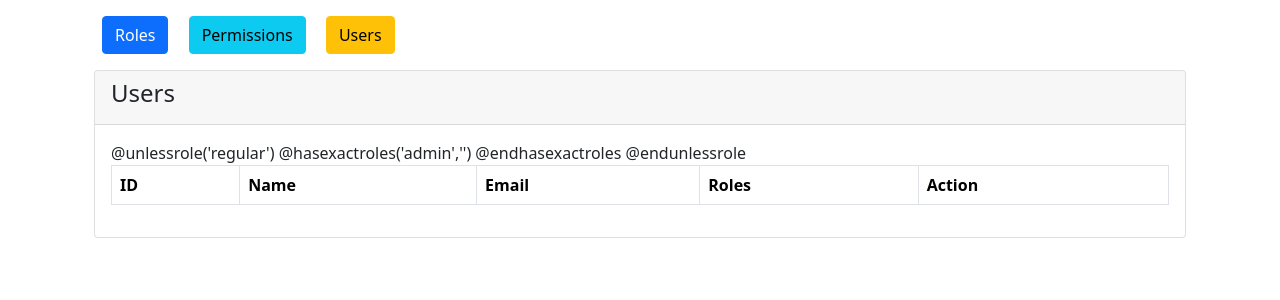
Repository: viisantos/permission_demo
Page: http://localhost/users
These files come from the project's save history. The page is drawn as it stood at one moment and after the next save; the edit follows.
The browser window is 1280 px wide. The pictures show the whole page.
The page is served by the project's Laravel application, run on PHP 8.4 with Laravel 10. Other server files are loaded and not shown. Queries for data that is not in the repository find no rows.

Above is the page before, as saved 2024-06-22 17:56:39.

### routes/web.php
<?php

use App\Http\Controllers\ProfileController;
use Illuminate\Support\Facades\Route;

/*
|--------------------------------------------------------------------------
| Web Routes
|--------------------------------------------------------------------------
|
| Here is where you can register web routes for your application. These
| routes are loaded by the RouteServiceProvider and all of them will
| be assigned to the "web" middleware group. Make something great!
|
*/

Route::get('/', function () {
    return view('welcome');
});

Route::get('/dashboard', function () {
    return view('dashboard');
})->middleware(['auth', 'verified'])->name('dashboard');

/*
Route::middleware('auth')->group(function () {

});*/

Route::group(['middleware' => ['role:super-admin|admin|regular']], function () {
    Route::get('/profile', [ProfileController::class, 'edit'])->name('profile.edit');
    Route::patch('/profile', [ProfileController::class, 'update'])->name('profile.update');
    Route::delete('/profile', [ProfileController::class, 'destroy'])->name('profile.destroy');
    Route::name('profile.destroy')->middleware('permission:delete role');
    Route::resource('permissions', App\Http\Controllers\PermissionController::class);
    //Route::get('permissions/{permissionId}/delete', [App\Http\Controllers\PermissionController::class, 'destroy']);
    Route::resource('roles', App\Http\Controllers\RoleController::class);
   // Route::get('roles/{roleId}/delete', [App\Http\Controllers\RoleController::class, 'destroy']);
    Route::get('roles/{role}/add-permissions', [App\Http\Controllers\RoleController::class, 'addPermissionToRole'])->name('roles.add-permissions');
    Route::put('roles/{role}/give-permissions', [App\Http\Controllers\RoleController::class, 'givePermissionToRole'])->name('roles.give-permissions');
    Route::resource('users', App\Http\Controllers\UserController::class);
    //Route::get('users/{userId}/delete', [App\Http\Controllers\UserController::class, 'destroy']);
});

require __DIR__.'/auth.php';

### app/Http/Controllers/UserController.php
<?php

namespace App\Http\Controllers;

use Illuminate\Http\Request;
use App\Models\User;
use Illuminate\Support\Facades\Hash;
use Spatie\Permission\Models\Role;

class UserController extends Controller
{
    public function __construct(){
        $this->middleware('permission:delete user', ['only' => ['destroy']]);
        $this->middleware('permission:update user', ['only' => ['update','edit']]);
        $this->middleware('permission:view user',   ['only' => ['index','show']]);
        $this->middleware('permission:create user', ['only' => ['create','store']]);
    }
    public function index(){
        $users = User::get();
        return view('role-permission.user.index', compact('users'));
    }

    public function create(){
        $roles = Role::pluck('name','name')->all();
        return view('role-permission.user.create', compact('roles'));
    }
    public function store(Request $request){
      /*
        $request->validate([
            'name' => 'required|string|max:255',
            'email' => 'required|email|max:255',
            'password' => 'required|string|min:8|max:20',
            'roles' => 'required'
        ]);*/


        $user = User::create([
            'name'  => $request->name,
            'email' => $request->email,
            'password' => Hash::make($request->password),
        ]);


        $user->syncRoles($request->roles);


        return redirect('/users')->with('status','User created successfully with roles');

    }

    public function edit(User $user){
        $roles = Role::pluck('name','name')->all();
        $userRoles = $user->roles->pluck('name','name')->all();
        return view('role-permission.user.edit', compact('user','roles','userRoles'));
    }

    public function update(Request $request, User $user){

        $data = [
            'name'  => $request->name,
            'email' => $request->email
        ];

        if(!empty($request->password)){
            $data += [
                'password' => Hash::make($request->password),
            ];
        }

        $user->update($data);
        $user->syncRoles($request->roles);

        return redirect('/users')->with('status','User updated successfully');
    }

    public function destroy(User $user){
        //$user = User::findOrFail($userId);
        $user->delete();
        return redirect('/users')->with('status','User deleted successfully');
    }
}

### resources/views/role-permission/user/index.blade.php
<head>
    <link href="https://cdn.jsdelivr.net/npm/bootstrap@5.3.2/dist/css/bootstrap.min.css" rel="stylesheet" integrity="sha384-T3c6CoIi6uLrA9TneNEoa7RxnatzjcDSCmG1MXxSR1GAsXEV/Dwwykc2MPK8M2HN" crossorigin="anonymous">
    <link rel="stylesheet" href="https://cdn.jsdelivr.net/npm/bootstrap@5.1.3/dist/css/bootstrap.min.css" />
</head>
@include('role-permission.nav-links')
<div class="container">
    <div class="row">
        <div class="col-md-12">
            @if(session('status'))
                <div class="alert alert-success">
                    {{ session('status') }}
                </div>
            @endif
            <div class="card mt-3">
                <div class="card-header">
                    <h4>Users</h4>
                    @can('create user')
                        <a href="{{ route('users.create') }}" class="btn btn-primary float-end">Add User</a>
                    @endcan
                </div>
                <div class="card-body">
                    <table class="table table-bordered table-striped">
                        <thead>
                            <tr>
                                <th>ID</th>
                                <th>Name</th>
                                <th>Email</th>
                                <th>Roles</th>

                                @unlessrole('regular')
                                    @hasexactroles('admin','')
                                        <th>Action</th>
                                    @endhasexactroles
                                @endunlessrole

                            </tr>
                        </thead>
                        <tbody>
                            @foreach($users as $user)
                                <tr>
                                    <td>{{ $user->id }}</td>
                                    <td>{{ $user->name }}</td>
                                    <td>{{ $user->email }}</td>
                                    <td>
                                        @if(!empty($user->getRoleNames()))
                                            @foreach($user->getRoleNames() as $rolename)
                                                <label class="badge bg-primary mx-1">{{ $rolename }}</label>
                                            @endforeach
                                        @endif
                                    </td>
                                    @unlessrole('regular')
                                        @hasrole('admin')
                                            <td>
                                                @can('update user')
                                                    <a href="{{ route('users.edit', ['user' => $user->id]) }}" class="btn btn-success">Edit</a>
                                                @endcan
                                                @can('delete user')
                                                    <form action="{{ route('users.destroy', $user->id) }}" method="POST" style="display: inline;">
                                                        @csrf
                                                        @method('DELETE')
                                                        <button type="submit" class="btn btn-danger">Delete</button>
                                                    </form>
                                                @endcan
                                            </td>
                                        @endhasrole
                                    @endunlessrole
                                </tr>
                            @endforeach
                        </tbody>
                    </table>
                </div>
            </div>
        </div>
    </div>
</div>

### resources/views/role-permission/nav-links.blade.php
<div class="container mt-3">
    <a href="{{ route('roles.index') }}" class="btn btn-primary mx-2">Roles</a>
    <a href="{{ route('permissions.index') }}" class="btn btn-info mx-2">Permissions</a>
    <a href="{{ route('users.index') }}" class="btn btn-warning mx-2">Users</a>
</div>

Loaded but not shown: routes/auth.php (common file); app/Http/Controllers/Auth/EmailVerificationPromptController.php (common file); app/Http/Controllers/Controller.php (common file); app/Http/Controllers/Auth/VerifyEmailController.php (common file); app/Models/User.php (common file)

After the next save:
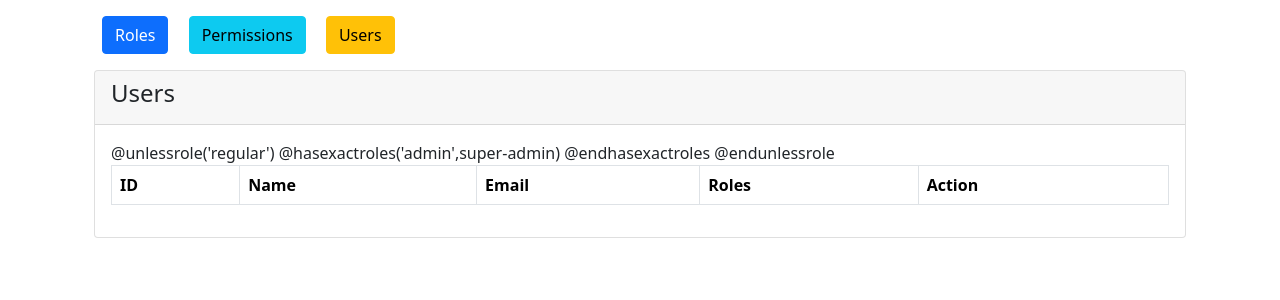
Saved 7 s later.
--- a/resources/views/role-permission/user/index.blade.php
+++ b/resources/views/role-permission/user/index.blade.php
@@ -28,7 +28,7 @@
                                 <th>Roles</th>
 
                                 @unlessrole('regular')
-                                    @hasexactroles('admin','')
+                                    @hasexactroles('admin',super-admin)
                                         <th>Action</th>
                                     @endhasexactroles
                                 @endunlessrole
